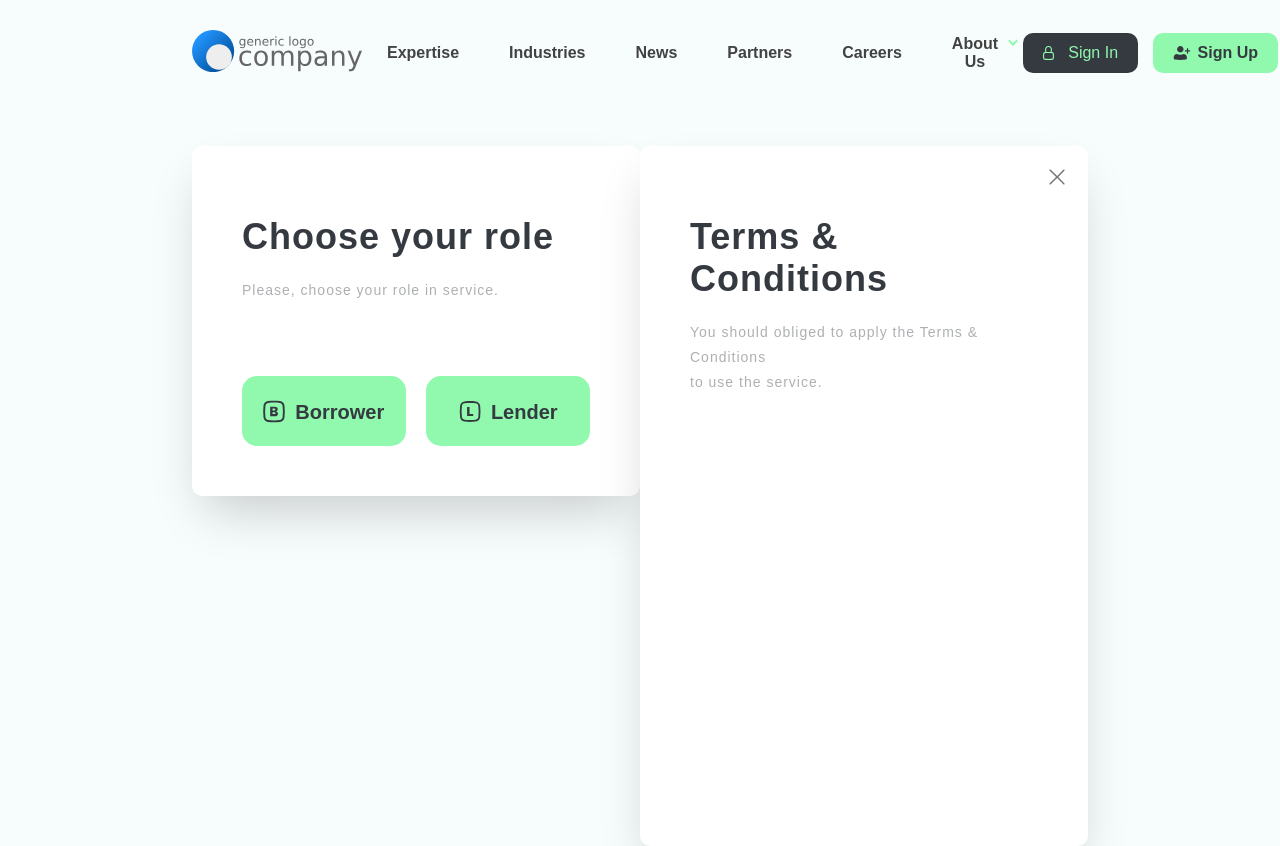
Repository: Andriy-Ma/widgetTask
Page: /
These files come from the project's save history. The page is drawn as it stood at one moment and after the next save; the edit follows.
The browser window is 1280 px wide. The pictures show the whole page.
The page's requests for data from a server got no answer. Some web fonts or font styles are not loaded; a fallback is used. The project was rebuilt for these pictures with package versions that can differ from the ones it lists, and the page was loaded fresh each time. No one was signed in, and anything a server would have sent is missing. Also part of the build but not shown: src/components/Main/SelectedRoleForm/selectedRoleForm.module.css, src/components/Main/SelectedRoleForm/selectedRoleForm.jsx.

Above is the page before, as saved 2022-08-30 11:57:55.

### public/index.html
<!DOCTYPE html>
<html lang="en">
  <head>
    <meta charset="utf-8" />
    <link rel="icon" href="%PUBLIC_URL%/favicon.ico" />
    <link rel="stylesheet" href="https://use.typekit.net/clw7fgu.css">
    <meta name="viewport" content="width=device-width, initial-scale=1" />
    <meta name="theme-color" content="#000000" />
    <meta
      name="description"
      content="Web site created using create-react-app"
    />
    <link rel="apple-touch-icon" href="%PUBLIC_URL%/logo192.png" />
    <!--
      manifest.json provides metadata used when your web app is installed on a
      user's mobile device or desktop. See https://developers.google.com/web/fundamentals/web-app-manifest/
    -->
    <link rel="manifest" href="%PUBLIC_URL%/manifest.json" />
    <!--
      Notice the use of %PUBLIC_URL% in the tags above.
      It will be replaced with the URL of the `public` folder during the build.
      Only files inside the `public` folder can be referenced from the HTML.

      Unlike "/favicon.ico" or "favicon.ico", "%PUBLIC_URL%/favicon.ico" will
      work correctly both with client-side routing and a non-root public URL.
      Learn how to configure a non-root public URL by running `npm run build`.
    -->
    <title>React App</title>
  </head>
  <body>
    <noscript>You need to enable JavaScript to run this app.</noscript>
    <div id="root"></div>
    <!--
      This HTML file is a template.
      If you open it directly in the browser, you will see an empty page.

      You can add webfonts, meta tags, or analytics to this file.
      The build step will place the bundled scripts into the <body> tag.

      To begin the development, run `npm start` or `yarn start`.
      To create a production bundle, use `npm run build` or `yarn build`.
    -->
  </body>
</html>

### src/index.css
* {
  box-sizing: border-box;
  margin: 0;
  padding: 0;
}
body {
  font-family: 'Poppins', sans-serif;
  background-color: #f7fcfd;
  -webkit-font-smoothing: antialiased;
  -moz-osx-font-smoothing: grayscale;
}

### src/App.module.css
.container {
    display: block;
    align-items: center;
    justify-content: center;
    padding-left: 15%;
    padding-right: 15%;
}

### src/components/Header/header.jsx
import React from 'react';
import Icon from './img/logo-generic';
import {ReactComponent as Lock} from './img/lock.svg';
import {ReactComponent as SignUp} from './img/signup.svg';
import styles from './header.module.css';

function Header() {
  return (
    <div className={styles.header}>
        <div className={styles.logo}>
          <a href="#home">
            <Icon/>
          </a>
        </div>
        <div className={styles.middleOfHeader}>
          <a href="#expertise">Expertise</a>
          <a href="#industries">Industries</a>
          <a href="#news">News</a>
          <a href="#partners">Partners</a>
          <a href="#careers">Careers</a>
          <a href="#aboutus" className={styles.aboutUs}>About Us</a>
        </div>
        <div className={styles.buttonsHeader}>
          <div className={styles.signin}>
            <Lock/>
            <p>Sign In</p>
          </div>
          <div className={styles.signup}>
            <SignUp/>
            <p>Sign Up</p>
          </div>
        </div>
    </div>
  )
}

export default Header;

### src/components/Main/main.jsx
import React,{useState} from 'react';
import ChooseForm from './ChooseForm/chooseForm';
import styles from './main.module.css';
import SelectedRoleForm from './SelectedRoleForm/selectedRoleForm';

function MainBlock() {

  const [selectedRole, setSelectedRole] = useState('');

  return (
    <div className={styles.container}>
        {
          !selectedRole ? <ChooseForm getRole={setSelectedRole}/> : <SelectedRoleForm role={selectedRole} getRole={setSelectedRole}/>
        }
    </div>
  )
}

export default MainBlock;

### src/components/Header/header.module.css
.logo {
    display: block;
    min-width: 170px;
}
.header {
    display: flex;
    justify-content: space-between;
    align-items: center;
    padding-top: 30px;
    min-width: 1000px;
}
.middleOfHeader {
    display: flex;
    justify-content: space-between;
    align-items: center;
    text-decoration: none;
}
.middleOfHeader a {
    display: block;
    color: #424242;
    text-align: center;
    padding: 0px 25px;
    text-decoration: none;
    font-size: 16px;
    font-weight: 600;
}
.middleOfHeader a:hover {
    color: #1b1a1a;
}
.aboutUs{
    position: relative;
}
.aboutUs::after{
    content: '';
    border-left: 2px solid #90F9AD;
    border-top: 2px solid #90F9AD;
    width: 5px;
    height: 5px;
    float: right;
    transform: translate(50%, -50%) rotate(-135deg);
    position: absolute;
    top: 6px;
    right: 10px;
}
.buttonsHeader {
    display: flex;
    justify-content: space-between;
    align-items: center;
}
.buttonsHeader:hover {
    cursor: pointer;
}
.signin {
    display: flex;
    justify-content: space-between;
    align-items: center;
    color: #90F9AD;
    background-color: #343A40;
    font-weight: 500;
    padding: 0px 20px;
    border-radius: 10px;
    width: 115px;
    height: 40px;
    margin-right: 15px;
}
.signin:hover {
    background-color: #252a2e;
}
.signup {
    display: flex;
    justify-content: space-between;
    align-items: center;
    color: #343A40;
    background-color: #90F9AD;
    font-weight: 600;
    padding: 0px 20px;
    border-radius: 10px;
    width: 125px;
    height: 40px;
}
.signup:hover {
    background-color: #3df370;
}

### src/components/Main/ChooseForm/chooseForm.jsx
import React, { useEffect, useState } from 'react';
import styles from './chooseForm.module.css';
import {ReactComponent as Borrower} from '../img/borrower.svg';
import {ReactComponent as Lender} from '../img/lender.svg';
import {ReactComponent as Close} from '../img/close.svg';

const roles = ['Borrower', 'Lender'];

function ChooseForm({getRole}) {

  const [initialText, setInitialText] = useState('');

  useEffect(() => {
    fetch('https://60c74df306f3160017d29000.mockapi.io/api/v1/tossource')
    .then((response) => {
      return response.json();
    })
    .then((data) => {
      const text = data.map(lorem => lorem.text);
      setInitialText(text[0]);
    });
  },[]);

  return (
    <>
    <div className={styles.form}>
      <div>
        <p className={styles.mainText}>Choose your role</p>
        <p className={styles.underText}>Please, choose your role in service.</p>
      </div>
      <div className={styles.buttonsChooseForm}>
      {
        roles.map(role =>
            <div className={styles.role} key={role} onClick={() => getRole(role)}>
              {role === 'Borrower' ? <Borrower/> : <Lender/>}
              <p className={styles.buttonText}>{role}</p>
            </div>
        )
      }
      </div>
    </div>
    <div className={styles.agreeForm}>
      <Close className={styles.closeButton}/>
      <div>
        <p className={styles.mainText}>Terms & Conditions</p>
        <p className={styles.underText}>You should obliged to apply the Terms & Conditions <p> to use the service.</p></p>
      </div>
      <div dangerouslySetInnerHTML={{__html: initialText}} className={styles.scrollText}>
      </div>
    </div>
    </>
  )
}

export default ChooseForm;

### src/components/Main/main.module.css
.container{
    width: 100%;
    display: flex;
    justify-content: center;
}

### src/components/Main/ChooseForm/chooseForm.module.css
.form{
    width: 600px;
    height: 350px;
    padding: 50px;
    background-color: #fff;
    margin-top: 70px;
    border-radius: 10px;
    box-shadow: 0px 25px 49px -12px rgba(0,0,0,0.2);
    display: flex;
    flex-direction: column;
    justify-content: space-between;
}
.agreeForm{
    width: 600px;
    height: 700px;
    padding: 50px;
    background-color: #fff;
    margin-top: 70px;
    border-radius: 10px;
    box-shadow: 0px 25px 49px -12px rgba(0,0,0,0.2);
    display: flex;
    flex-direction: column;
    justify-content: space-between;
    position: relative;
}
.mainText{
    margin-top: 20px;
    font-size: 36px;
    font-weight: 800;
    color: #343A40;
    letter-spacing: 1px;
}
.underText{
    margin-top: 20px;
    font-size: 14px;
    font-weight: 500;
    color: #343A40;
    opacity: .4;
    letter-spacing: 1px;
    line-height: 25px;
}
.buttonsChooseForm {
    display: flex;
    justify-content: space-between;
    align-items: center;
    font-size: 20px;
}
.buttonsChooseForm:hover {
    cursor: pointer;
}
.role {
    display: flex;
    justify-content: center;
    align-items: center;
    color: #343A40;
    background-color: #90F9AD;
    font-weight: 800;
    padding: 0px 20px;
    border-radius: 15px;
    width: 47%;
    height: 70px;
}
.role:hover {
    background-color: #3df370;
}
.buttonText{
    padding-top: 3px;
    padding-left: 10px;
}
.cancelButton{
    display: flex;
    justify-content: center;
    align-items: center;
    color: #343A40;
    background-color: #f2f2f2a9;
    font-weight: 800;
    padding: 0px 20px;
    border-radius: 15px;
    width: 30%;
    height: 70px;
}
.closeButton{
    position: absolute;
    top: 25px;
    right: 25px;
    transform: scale(1.3);
}
.closeButton:hover{
    fill: rgb(185, 36, 36);
    cursor: pointer;
}
.scrollText{
    height: 10%;
    overflow-Y: auto;
    margin-right: -30px;
    padding-right: 20px;
    width: '100%';
    -webkit-scrollbar: 7px;
}

Loaded but not shown: src/index.js (common file); src/App.js (15 lines, source omitted); src/components/Header/img/logo-generic.jsx (65 lines, source omitted)

After the next save:
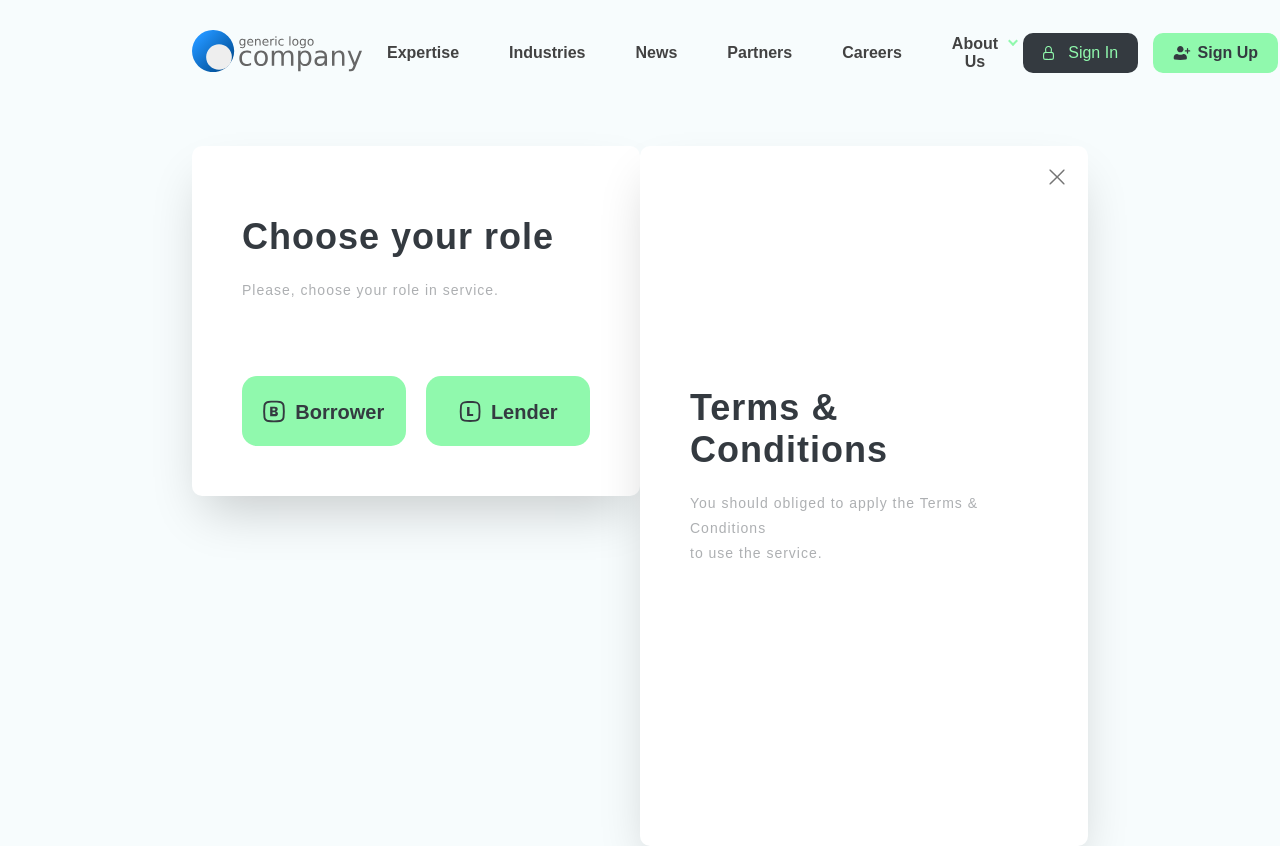
Saved 47 s later.
--- a/src/components/Main/ChooseForm/chooseForm.module.css
+++ b/src/components/Main/ChooseForm/chooseForm.module.css
@@ -20,7 +20,7 @@
     box-shadow: 0px 25px 49px -12px rgba(0,0,0,0.2);
     display: flex;
     flex-direction: column;
-    justify-content: space-between;
+    justify-content: center;
     position: relative;
 }
 .mainText{

After the save that followed:
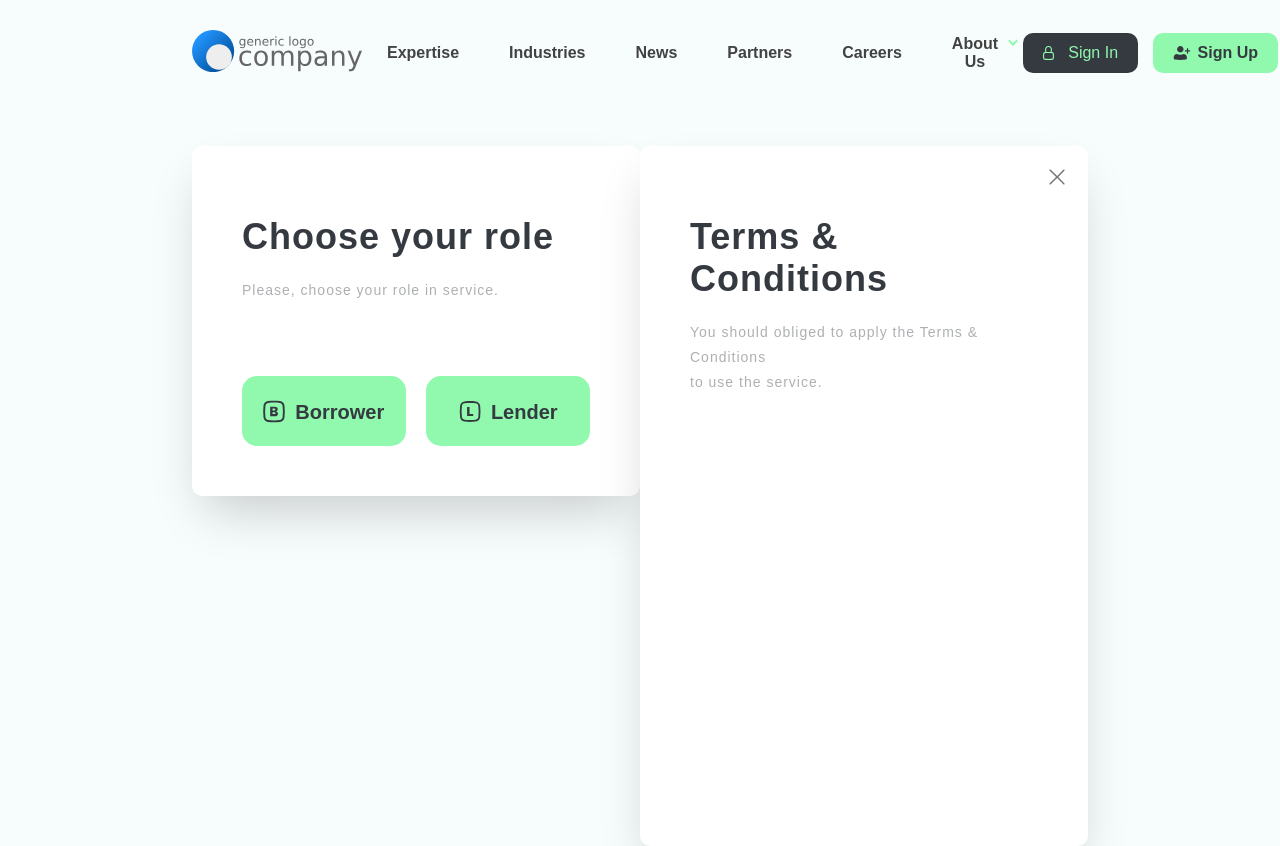
Saved 12 s later.
--- a/src/components/Main/ChooseForm/chooseForm.module.css
+++ b/src/components/Main/ChooseForm/chooseForm.module.css
@@ -20,7 +20,6 @@
     box-shadow: 0px 25px 49px -12px rgba(0,0,0,0.2);
     display: flex;
     flex-direction: column;
-    justify-content: center;
     position: relative;
 }
 .mainText{
